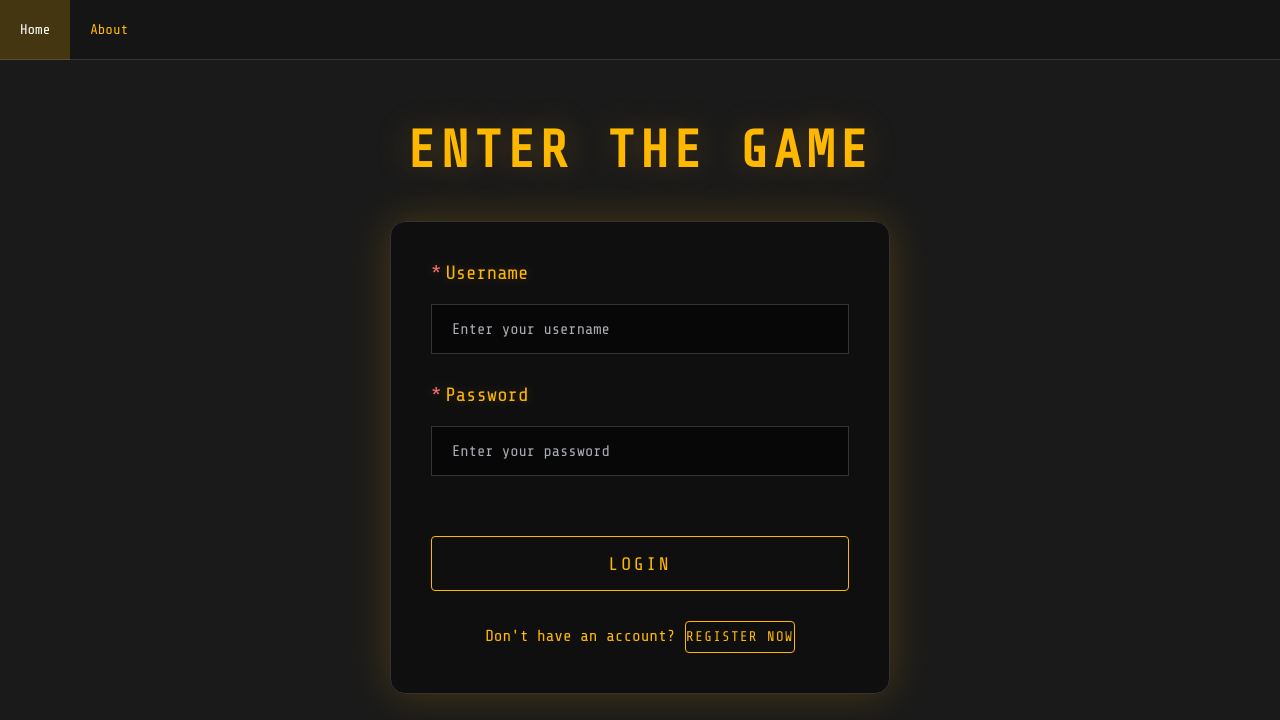
Repository: qqqq121114/se_417
Page: /login (app in client/)
An editor plug-in stored every save of this project. The page is shown before and after the next save, followed by the edit.
The browser window is 1280 px wide. The pictures show the whole page.
The project was rebuilt for these pictures with package versions that can differ from the ones it lists, and the page was loaded fresh each time. Also part of the build but not shown: client/vite.config.js, client/src/views/Home.vue.

Above is the page before, as saved 2024-12-08 12:55:41.

### client/src/main.js
import { createApp } from 'vue'
import { createPinia } from 'pinia'
import ElementPlus from 'element-plus'
import 'element-plus/dist/index.css'
import App from './App.vue'
import router from './router'

const app = createApp(App)

app.use(createPinia())
app.use(router)
app.use(ElementPlus)

app.mount('#app')

### client/src/App.vue
<template>
  <div id="app" class="cyber-theme">
    <el-container>
      <el-header>
        <el-menu mode="horizontal" router class="cyber-menu">
          <el-menu-item index="/">Home</el-menu-item>
          <el-menu-item index="/about">About</el-menu-item>
        </el-menu>
      </el-header>
      <el-main>
        <router-view></router-view>
      </el-main>
    </el-container>
  </div>
</template>

<script setup>
import { ElContainer, ElHeader, ElMain, ElMenu, ElMenuItem } from 'element-plus'
import 'element-plus/dist/index.css'
</script>

<style>
@import url('https://fonts.googleapis.com/css2?family=Share+Tech+Mono&display=swap');

/* 重置默认样式 */
* {
  margin: 0;
  padding: 0;
  box-sizing: border-box;
}

html, body {
  margin: 0;
  padding: 0;
  width: 100%;
  height: 100%;
  overflow-x: hidden;
  background-color: var(--cyber-bg);
}

:root {
  --cyber-bg: #1a1a1a;
  --cyber-text: #FFB800;
  --cyber-glow: #FFB80033;
  --cyber-border: #333333;
}

#app {
  font-family: 'Share Tech Mono', monospace;
  -webkit-font-smoothing: antialiased;
  -moz-osx-font-smoothing: grayscale;
  color: var(--cyber-text);
  background-color: var(--cyber-bg);
  min-height: 100vh;
  width: 100%;
  margin: 0;
  padding: 0;
}

.cyber-theme {
  background: var(--cyber-bg);
  min-height: 100vh;
  width: 100%;
}

.el-container {
  min-height: 100vh;
  margin: 0;
  padding: 0;
}

.el-header {
  padding: 0;
  background: rgba(0, 0, 0, 0.2);
  border-bottom: 1px solid var(--cyber-border);
  margin: 0;
}

.el-main {
  padding: 20px;
  background: var(--cyber-bg);
  margin: 0;
}

.cyber-menu {
  background: transparent !important;
  border: none !important;
  margin: 0;
  padding: 0;
}

.el-menu--horizontal > .el-menu-item {
  color: var(--cyber-text) !important;
  font-family: 'Share Tech Mono', monospace !important;
  border: none !important;
}

.el-menu--horizontal > .el-menu-item:hover,
.el-menu--horizontal > .el-menu-item:focus,
.el-menu--horizontal > .el-menu-item.is-active {
  color: #fff !important;
  background: var(--cyber-glow) !important;
  border: none !important;
}

/* 全局按钮样式 */
.el-button {
  background: transparent !important;
  border: 1px solid var(--cyber-text) !important;
  color: var(--cyber-text) !important;
  font-family: 'Share Tech Mono', monospace !important;
  transition: all 0.3s ease;
}

.el-button:hover {
  background: var(--cyber-glow) !important;
  color: #fff !important;
  box-shadow: 0 0 10px var(--cyber-glow);
}

/* 卡片样式 */
.el-card {
  background: rgba(0, 0, 0, 0.2) !important;
  border: 1px solid var(--cyber-border) !important;
  backdrop-filter: blur(5px);
}

.el-card__header {
  border-bottom: 1px solid var(--cyber-border) !important;
}
</style>

### client/src/router/index.js
import { createRouter, createWebHistory } from 'vue-router'
import Home from '../views/Home.vue'

const routes = [
  {
    path: '/',
    name: 'Home',
    component: Home
  },
  {
    path: '/about',
    name: 'About',
    component: () => import('../views/About.vue')
  },
  {
    path: '/register',
    name: 'Register',
    component: () => import('../views/Register.vue')
  },
  {
    path: '/login',
    name: 'Login',
    component: () => import('../views/Login.vue')
  }
]

const router = createRouter({
  history: createWebHistory(),
  routes
})

export default router

### client/src/views/Login.vue
<template>
  <div class="login">
    <h1 class="cyber-title">Enter The Game</h1>
    <div class="login-form">
      <el-form
        :model="form"
        :rules="rules"
        ref="formRef"
        label-position="top"
        status-icon
      >
        <el-form-item prop="username" label="Username">
          <el-input
            v-model="form.username"
            placeholder="Enter your username"
            class="cyber-input"
          ></el-input>
        </el-form-item>
        <el-form-item prop="password" label="Password">
          <el-input
            v-model="form.password"
            type="password"
            placeholder="Enter your password"
            show-password
            class="cyber-input"
          ></el-input>
        </el-form-item>
        <el-form-item>
          <el-button class="cyber-button" type="primary" @click="submitForm">LOGIN</el-button>
        </el-form-item>
        <div class="form-footer">
          <span>Don't have an account?</span>
          <el-button
            class="register-link"
            type="text"
            @click="$router.push('/register')"
          >
            Register Now
          </el-button>
        </div>
      </el-form>
    </div>
  </div>
</template>

<script setup>
import { ref, reactive } from 'vue'
import { ElMessage } from 'element-plus'
import axios from 'axios'
import { useRouter } from 'vue-router'

const router = useRouter()
const formRef = ref(null)

// 表单数据
const form = reactive({
  username: '',
  password: ''
})

// 验证规则
const rules = {
  username: [
    { required: true, message: 'Please enter your username', trigger: 'blur' },
    { min: 3, max: 20, message: 'Length should be 3 to 20 characters', trigger: 'blur' }
  ],
  password: [
    { required: true, message: 'Please enter your password', trigger: 'blur' },
    { min: 6, message: 'Password must be at least 6 characters', trigger: 'blur' }
  ]
}

// 提交表单
const submitForm = async () => {
  if (!formRef.value) return

  try {
    console.log('Starting form validation...')
    await formRef.value.validate()
    console.log('Form validation passed')

    // 发送登录请求
    console.log('Sending login request...')
    const response = await axios.post('http://localhost:3000/api/users/login', {
      username: form.username,
      password: form.password
    })

    console.log('Login successful:', response.data)
    ElMessage.success('Login successful!')

    // 登录成功后跳转到首页
    setTimeout(() => {
      router.push('/')
    }, 1500)
  } catch (error) {
    console.error('Full error object:', error)

    if (error.response) {
      // 服务器返回的错误信息
      console.error('Server error:', error.response.data)
      ElMessage.error(error.response.data.message || 'Login failed')
    } else if (error.message) {
      // 表单验证错误
      console.error('Validation error:', error.message)
      ElMessage.error(error.message)
    } else {
      console.error('Unknown error:', error)
      ElMessage.error('Login failed')
    }
  }
}
</script>

<style scoped>
.login {
  display: flex;
  flex-direction: column;
  align-items: center;
  padding: 40px 20px;
  min-height: calc(100vh - 60px);
}

.cyber-title {
  font-size: 4vw;
  width: 60vw;
  color: var(--cyber-text);
  text-transform: uppercase;
  letter-spacing: 0.1em;
  margin-bottom: 40px;
  text-shadow: 0 0 20px var(--cyber-glow);
  animation: breathe 3s ease-in-out infinite;
  user-select: none;
  text-align: center;
  line-height: 1.2;
  white-space: normal;
  word-wrap: break-word;
  padding: 0 20px;
}

@keyframes breathe {
  0% {
    text-shadow: 0 0 20px var(--cyber-glow);
    transform: scale(1);
  }
  50% {
    text-shadow: 0 0 40px var(--cyber-glow), 0 0 60px var(--cyber-glow);
    transform: scale(1.02);
  }
  100% {
    text-shadow: 0 0 20px var(--cyber-glow);
    transform: scale(1);
  }
}

.login-form {
  width: 100%;
  max-width: 500px;
  background: rgba(0, 0, 0, 0.4);
  padding: 40px;
  border-radius: 15px;
  border: 1px solid var(--cyber-border);
  box-shadow: 0 0 30px rgba(255, 184, 0, 0.15);
  backdrop-filter: blur(10px);
  animation: formGlow 4s ease-in-out infinite;
}

@keyframes formGlow {
  0% {
    box-shadow: 0 0 30px rgba(255, 184, 0, 0.15);
  }
  50% {
    box-shadow: 0 0 50px rgba(255, 184, 0, 0.25);
  }
  100% {
    box-shadow: 0 0 30px rgba(255, 184, 0, 0.15);
  }
}

.el-form-item {
  margin-bottom: 30px;
}

:deep(.el-form-item__label) {
  color: var(--cyber-text) !important;
  font-family: 'Share Tech Mono', monospace;
  font-size: 1.2em;
  padding-bottom: 12px;
  text-shadow: 0 0 10px var(--cyber-glow);
}

:deep(.el-input__wrapper) {
  background: transparent !important;
  box-shadow: none !important;
  padding: 0 !important;
}

:deep(.el-input__inner) {
  background: rgba(0, 0, 0, 0.5) !important;
  border: 1px solid var(--cyber-border) !important;
  color: var(--cyber-text) !important;
  font-family: 'Share Tech Mono', monospace;
  height: 50px;
  padding: 0 20px;
  font-size: 1.1em;
  transition: all 0.3s ease;
}

:deep(.el-input__inner:hover) {
  border-color: var(--cyber-text) !important;
  box-shadow: 0 0 15px var(--cyber-glow) !important;
}

:deep(.el-input__inner:focus) {
  border-color: var(--cyber-text) !important;
  box-shadow: 0 0 25px var(--cyber-glow) !important;
}

:deep(.el-input__suffix) {
  right: 15px;
}

:deep(.el-form-item__error) {
  color: #ff4757 !important;
  font-family: 'Share Tech Mono', monospace;
  font-size: 1em;
  margin-top: 8px;
  text-shadow: 0 0 8px rgba(255, 71, 87, 0.4);
}

:deep(.el-form-item.is-error .el-input__inner) {
  border-color: #ff4757 !important;
  box-shadow: 0 0 15px rgba(255, 71, 87, 0.4) !important;
}

.cyber-button {
  width: 100%;
  margin-top: 30px;
  height: 55px;
  font-size: 1.3em;
  letter-spacing: 0.15em;
  background: transparent !important;
  border: 1px solid var(--cyber-text) !important;
  color: var(--cyber-text) !important;
  transition: all 0.3s ease;
  text-transform: uppercase;
}

.cyber-button:hover {
  background: var(--cyber-text) !important;
  color: var(--cyber-bg) !important;
  box-shadow: 0 0 30px var(--cyber-glow);
  transform: translateY(-2px);
}

.form-footer {
  margin-top: 20px;
  text-align: center;
  color: var(--cyber-text);
  font-family: 'Share Tech Mono', monospace;
}

.register-link {
  color: var(--cyber-text) !important;
  text-decoration: none;
  margin-left: 10px;
  font-family: 'Share Tech Mono', monospace;
  text-transform: uppercase;
  letter-spacing: 0.1em;
  transition: all 0.3s ease;
}

.register-link:hover {
  text-shadow: 0 0 10px var(--cyber-glow);
  transform: translateY(-1px);
}

/* 响应式设计 */
@media (max-width: 768px) {
  .cyber-title {
    font-size: 8vw;
    width: 90vw;
    padding: 0 10px;
  }

  .login-form {
    padding: 25px;
  }

  :deep(.el-form-item__label) {
    font-size: 1.1em;
  }

  :deep(.el-input__inner) {
    height: 45px;
    font-size: 1em;
  }

  .cyber-button {
    height: 50px;
    font-size: 1.2em;
  }
}
</style>

Loaded but not shown: client/index.html (common file)

After the next save:
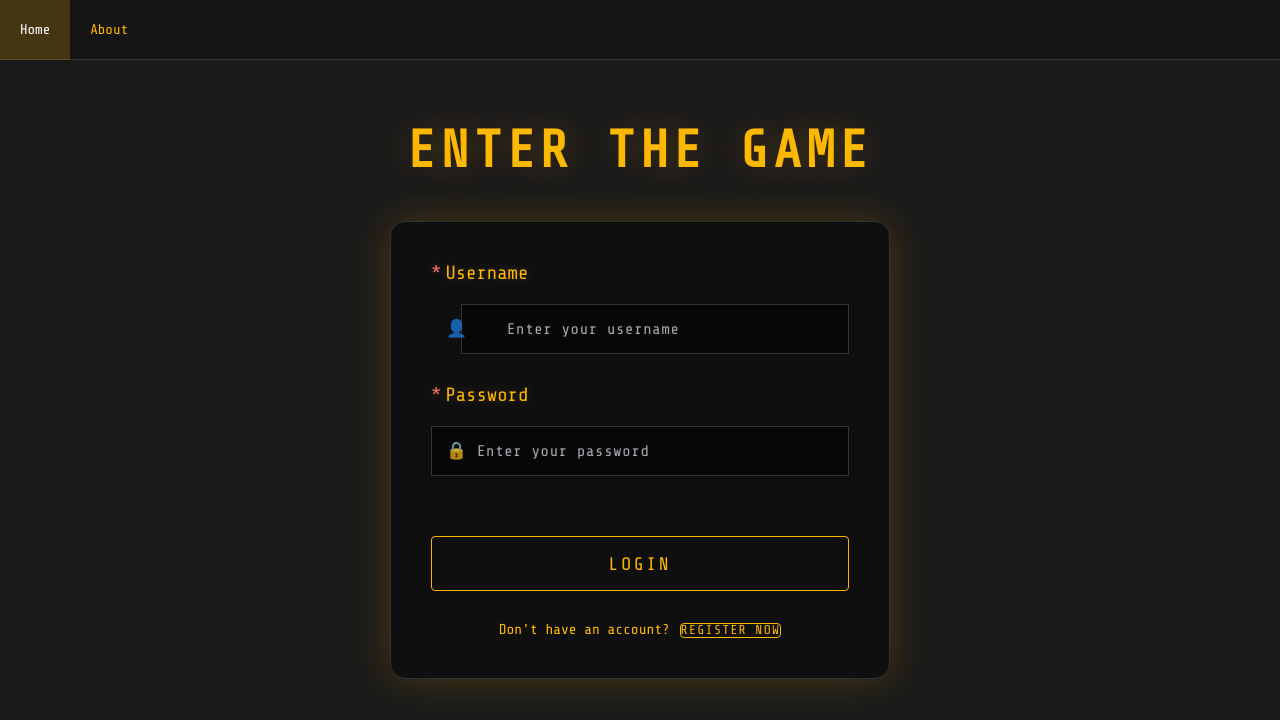
Saved 2 min 48 s later.
--- a/client/src/views/Login.vue
+++ b/client/src/views/Login.vue
@@ -14,7 +14,12 @@
             v-model="form.username"
             placeholder="Enter your username"
             class="cyber-input"
-          ></el-input>
+            prefix-icon="el-icon-user"
+          >
+            <template #prefix>
+              <div class="input-icon">👤</div>
+            </template>
+          </el-input>
         </el-form-item>
         <el-form-item prop="password" label="Password">
           <el-input
@@ -23,7 +28,11 @@
             placeholder="Enter your password"
             show-password
             class="cyber-input"
-          ></el-input>
+          >
+            <template #prefix>
+              <div class="input-icon">🔒</div>
+            </template>
+          </el-input>
         </el-form-item>
         <el-form-item>
           <el-button class="cyber-button" type="primary" @click="submitForm">LOGIN</el-button>
@@ -201,9 +210,21 @@ const submitForm = async () => {
   color: var(--cyber-text) !important;
   font-family: 'Share Tech Mono', monospace;
   height: 50px;
-  padding: 0 20px;
+  padding: 0 20px 0 45px !important;
   font-size: 1.1em;
   transition: all 0.3s ease;
+  letter-spacing: 0.05em;
+}
+
+.input-icon {
+  position: absolute;
+  left: 15px;
+  top: 50%;
+  transform: translateY(-50%);
+  font-size: 1.2em;
+  color: var(--cyber-text);
+  opacity: 0.8;
+  z-index: 2;
 }
 
 :deep(.el-input__inner:hover) {
@@ -258,6 +279,7 @@ const submitForm = async () => {
   text-align: center;
   color: var(--cyber-text);
   font-family: 'Share Tech Mono', monospace;
+  font-size: 0.9em;
 }
 
 .register-link {
@@ -268,11 +290,16 @@ const submitForm = async () => {
   text-transform: uppercase;
   letter-spacing: 0.1em;
   transition: all 0.3s ease;
+  font-size: 0.9em !important;
+  padding: 0 !important;
+  height: auto !important;
+  font-weight: normal !important;
 }
 
 .register-link:hover {
   text-shadow: 0 0 10px var(--cyber-glow);
   transform: translateY(-1px);
+  opacity: 0.9;
 }
 
 /* 响应式设计 */
@@ -300,5 +327,13 @@ const submitForm = async () => {
     height: 50px;
     font-size: 1.2em;
   }
+
+  .form-footer {
+    font-size: 0.8em;
+  }
+
+  .register-link {
+    font-size: 0.8em !important;
+  }
 }
 </style>
